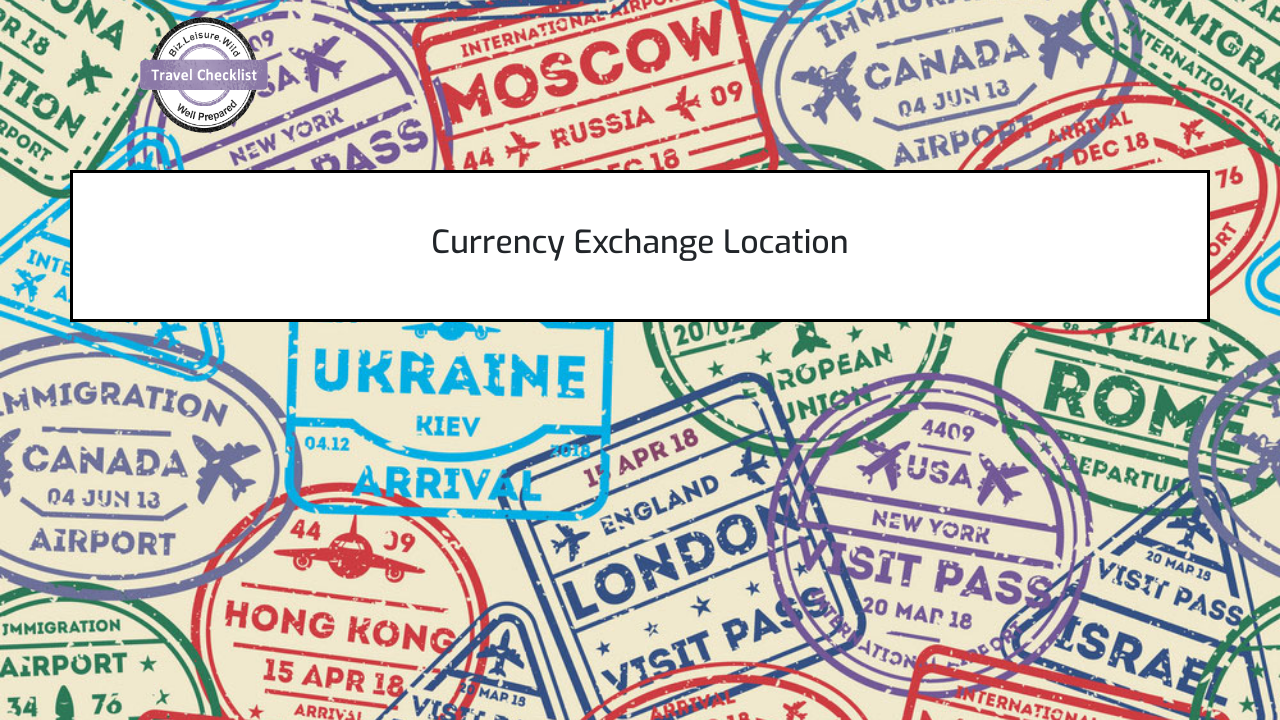
Repository: Code-Institute-Submissions/travelChecklist
Page: donepage.html
The author's editor kept a record of every edit. The page is drawn from the files as they stood at one moment, then again after the next edit.
The browser window is 1280 px wide. The pictures show the whole page.

Above is the page before.

After the next edit:
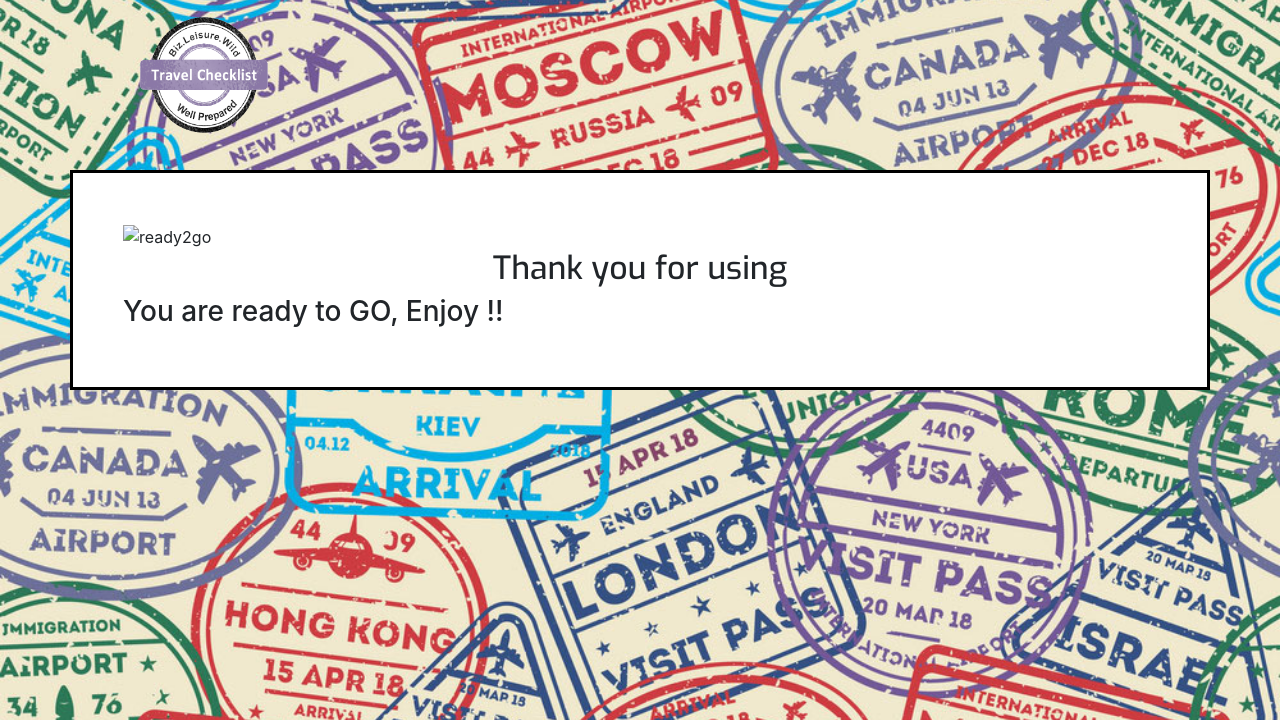
The edit:
--- a/donepage.html
+++ b/donepage.html
@@ -24,8 +24,9 @@
         <a href="index.html" class="col"><img src="asset/images/logo.png" alt="logo" class="logo"/></a></div>
 
             <div class="container">
-
-        <h2>Currency Exchange Location</h2>
+        <img scr="asset/images/ready2go.png" alt="ready2go">
+        <h2>Thank you for using</h2>
+        <h3>You are ready to GO, Enjoy !!</h3>
 
     </div>
     </header>
